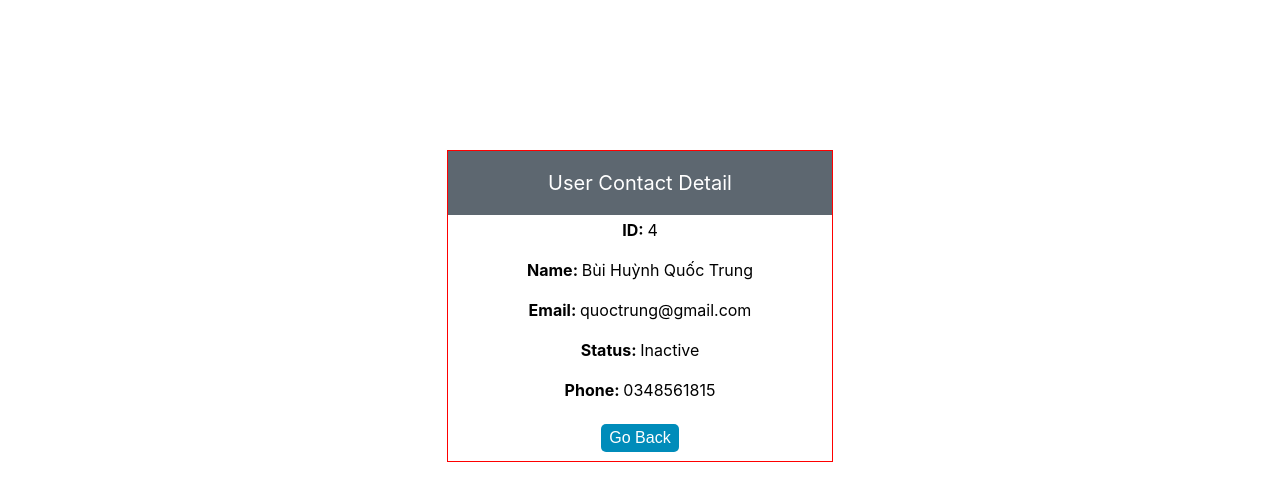
Repository: fdhhhdjd/Redux-Toolkit-CURD-Firebase
Page: /view/4
These files come from the project's save history. The page is drawn as it stood at one moment and after the next save; the edit follows.
The browser window is 1280 px wide. The pictures show the whole page.
The project was rebuilt for these pictures with package versions that can differ from the ones it lists, and the page was loaded fresh each time. Also part of the build but not shown: src/Component/Home.js, src/Styles/AddEdit.css, src/Component/AddEdit.js.

Above is the page before, as saved 2021-10-24 21:46:08.

### src/index.js
import React from "react";
import ReactDOM from "react-dom";
import "./index.css";
import App from "./App";
import store from "./Redux/Store";
import { Provider } from "react-redux";
import * as serviceWorker from "./serviceWorker";

ReactDOM.render(
  <React.StrictMode>
    <Provider store={store}>
      <App />
    </Provider>
  </React.StrictMode>,
  document.getElementById("root")
);

// If you want your app to work offline and load faster, you can change
// unregister() to register() below. Note this comes with some pitfalls.
// Learn more about service workers: https://bit.ly/CRA-PWA
serviceWorker.unregister();

### src/App.js
import React from "react";
import "./App.css";
import { BrowserRouter, Switch, Route } from "react-router-dom";
import { ToastContainer } from "react-toastify";
import "react-toastify/dist/ReactToastify.css";
import { Home, View, AddEdit } from "./import/Index";
function App() {
  return (
    <>
      <BrowserRouter>
        <div className="App">
          <ToastContainer position="top-center" />
          <Switch>
            <Route exact path="/" component={Home} />
            <Route path="/add" component={AddEdit} />
            <Route path="/update/:id" component={AddEdit} />
            <Route path="/view/:id" component={View} />
          </Switch>
        </div>
      </BrowserRouter>
    </>
  );
}

export default App;

### src/Redux/Store.js
import { configureStore, createStore } from "@reduxjs/toolkit";
import logger from "redux-logger";
import thunk from "redux-thunk";
import { composeWithDevTools } from "redux-devtools-extension";
import ContactReducer from "./ContactSlice";
const middleware = [thunk];
if (process.env.NODE_ENV === "development") {
  middleware.push(logger);
}
const store = configureStore({
  reducer: {
    todos: ContactReducer,
    middleware: [logger],
  },
});

export default store;

### src/import/Index.js
export { default as Home } from "../Component/Home";
export { default as AddEdit } from "../Component/AddEdit";
export { default as View } from "../Component/View";

### src/Redux/ContactSlice.js
import { createSlice, createAsyncThunk } from "@reduxjs/toolkit";
import { v4 as uuidv4 } from "uuid";
import { nanoid } from "nanoid";
const initialState = {
  contacts: [
    {
      id: 1,
      name: "Nguyễn Tiến Tài",
      email: "nguyentientai10@gmai.com",
      phone: "0798805741",
      status: "Active",
    },
    {
      id: 2,
      name: "Nguyễn Hữu Quyền",
      email: "huuquyen2000@gmail.com",
      phone: "09658235656",
      status: "Inactive",
    },
    {
      id: 3,
      name: "Nguyễn Bảo Khang",
      email: "jbaokhangdesigner@gmail.com",
      phone: "0353263452",
      status: "Active",
    },
    {
      id: 4,
      name: "Bùi Huỳnh Quốc Trung	",
      email: "quoctrung@gmail.com",
      phone: "0348561815",
      status: "Inactive",
    },
    {
      id: 5,
      name: "Trần Phi Hoàng",
      email: "phihoang1@gmail.com",
      phone: "0936095986",
      status: "Active",
    },
  ],
  contact: {
    name: "",
    email: "",
    phone: "",
    status: "",
  },
};
const TodoSlice = createSlice({
  name: "todos",
  initialState,
  reducers: {
    getContact: (state, action) => {
      state.contact = state.contacts.find((item) => item.id == action.payload);
    },
    addContact: (state, action) => {
      const newData = { ...action.payload, id: uuidv4() };
      state.contacts = [...state.contacts, newData];
    },
    deleteContact: (state, action) => {
      state.contacts = state.contacts.filter(
        (item) => item.id !== action.payload
      );
    },
    updateContact: (state, action) => {
      state.contacts = state.contacts.map((item) =>
        item.id === action.payload.id ? action.payload : item
      );
    },
  },
});
const ContactReducer = TodoSlice.reducer;
export const { addContact, deleteContact, getContact, updateContact } =
  TodoSlice.actions;
export const GetTodo = (state) => state.todos;
export default ContactReducer;

### src/Component/View.js
import React, { useEffect, useState } from "react";
import { useParams } from "react-router";
import "../Styles/View.css";
import { Link } from "react-router-dom";
import { getContact, GetTodo } from "../Redux/ContactSlice";
import { useDispatch, useSelector } from "react-redux";

const View = () => {
  const [user, setUser] = useState({});
  const { contact } = useSelector(GetTodo);
  const { id } = useParams();
  const dispatch = useDispatch();
  useEffect(() => {
    dispatch(getContact(id));
    setUser({ ...contact });
  }, [id, contact]);

  return (
    <>
      <div style={{ marginTop: "150px" }}>
        <div className="card">
          <div className="card-header">
            <p>User Contact Detail</p>
          </div>
          <div className="container">
            <strong>ID: </strong>
            <span>{id}</span>
            <br />
            <br />
            <strong>Name: </strong>
            <span>{user.name}</span>
            <br />
            <br />
            <strong>Email: </strong>
            <span>{user.email}</span>
            <br />
            <br />
            <strong>Status: </strong>
            <span>{user.status}</span>
            <br />
            <br />
            <strong>Phone: </strong>
            <span>{user.phone}</span>
            <br />
            <br />
            <Link to="/">
              <button className="btn btn-edit">Go Back</button>
            </Link>
          </div>
        </div>
      </div>
    </>
  );
};

export default View;

### src/Styles/Home.css
.styled-table {
    border-collapse: collapse;
    margin: auto;
    font-size: 0.9em;
    font-family: sans-serif;
    max-width: 1000px;
    box-shadow: 0 0 20px rgba(0, 0, 0, 0.15);
  }

  .styled-table thead tr {
    background-color: #009879;
    color: #ffffff;
    text-align: left;
  }

  .styled-table th,
  .styled-table td {
    padding: 12px 15px;
  }

  .styled-table tbody tr {
    border-bottom: 1px solid #dddddd;
  }

  .styled-table tbody tr:nth-of-type(even) {
    background-color: #f3f3f3;
  }

  .styled-table tbody tr:last-of-type {
    border-bottom: 2px solid #009879;
  }

  .btn {
    border: none;
    color: white;
    padding: 5px 8px;
    text-align: center;
    text-decoration: none;
    display: inline-block;
    border-radius: 5px;
    font-size: 16px;
    margin: 4px 2px;
    cursor: pointer;
  }

  .btn-edit {
    background-color: #008cba;
  }

  .btn-delete {
    background-color: #f44336;
  }

  .btn-view {
    background-color: #e7e7e7;
    color: black;
  }

  .btn-contact {
    background-color: #e82764;
    margin-bottom: 10px;
  }


  .btn-active {
    background-color: #808c4a;
    color: #fff;
  }

  .btn-inactive {
    background-color: #445f61;
    color: #fff;
  }

  .btn-reset {
    background-color: darkolivegreen;
    color: #fff;
  }

### src/Styles/View.css
.card {
    width: 30%;
    display: flex;
    flex-direction: column;
    border: 1px red solid;
    align-content: center;
    margin: 0 auto;

  }

  .card-header {
    height: 30%;
    background: #5d6770;
    color: white;
    text-align: center;

  }

  .card-header p {
    font-size: 20px;
  }
  .container {
    display: table;
    padding: 5px 16px;
  }

Loaded but not shown: public/index.html (common file); src/index.css (common file); src/serviceWorker.js (common file); src/App.css (common file)

After the next save:
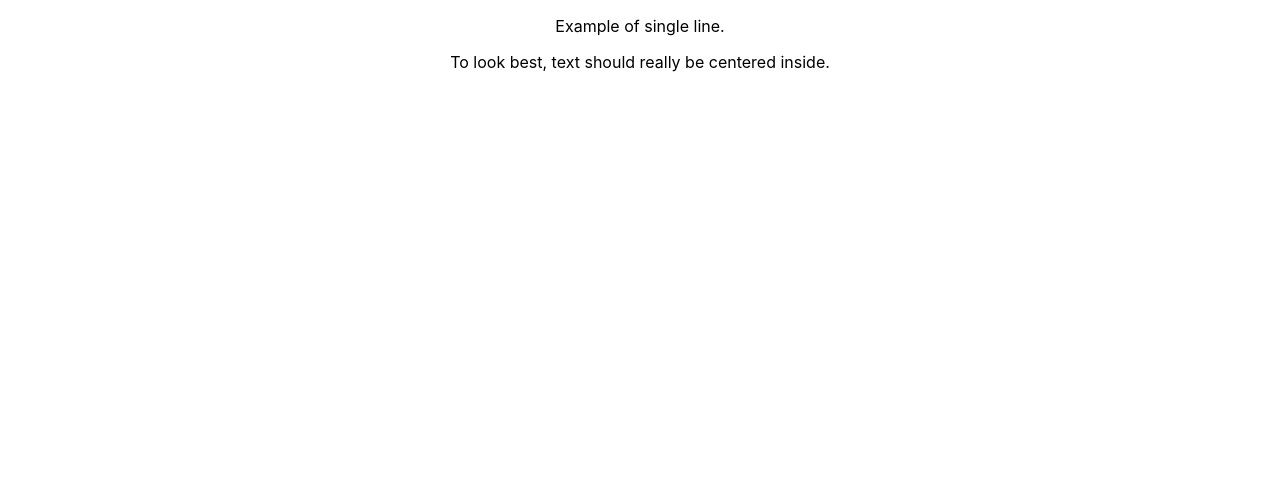
Saved 22 s later.
--- a/src/Component/View.js
+++ b/src/Component/View.js
@@ -17,36 +17,15 @@ const View = () => {
 
   return (
     <>
-      <div style={{ marginTop: "150px" }}>
-        <div className="card">
-          <div className="card-header">
-            <p>User Contact Detail</p>
-          </div>
-          <div className="container">
-            <strong>ID: </strong>
-            <span>{id}</span>
-            <br />
-            <br />
-            <strong>Name: </strong>
-            <span>{user.name}</span>
-            <br />
-            <br />
-            <strong>Email: </strong>
-            <span>{user.email}</span>
-            <br />
-            <br />
-            <strong>Status: </strong>
-            <span>{user.status}</span>
-            <br />
-            <br />
-            <strong>Phone: </strong>
-            <span>{user.phone}</span>
-            <br />
-            <br />
-            <Link to="/">
-              <button className="btn btn-edit">Go Back</button>
-            </Link>
-          </div>
+      <div class="inline">
+        <div class="wrap">
+          <p>Example of single line.</p>
+        </div>
+      </div>
+
+      <div class="inline">
+        <div class="wrap">
+          <p>To look best, text should really be centered inside.</p>
         </div>
       </div>
     </>
